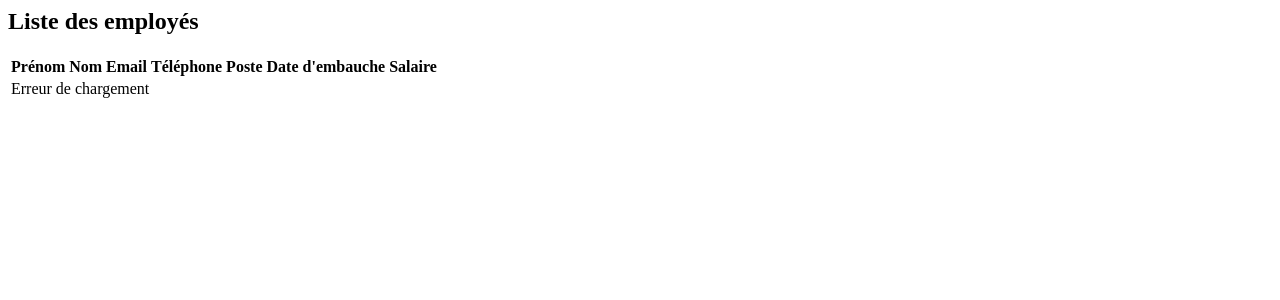
Repository: amosndayikeza-dev/Reviewa
Page: public/assets/html/manager/employees-content.html
These files come from the project's save history. The page is drawn as it stood at one moment and after the next save; the edit follows.
The browser window is 1280 px wide. The pictures show the whole page.

Above is the page before, as saved 2026-06-01 14:39:14.

After the next save:
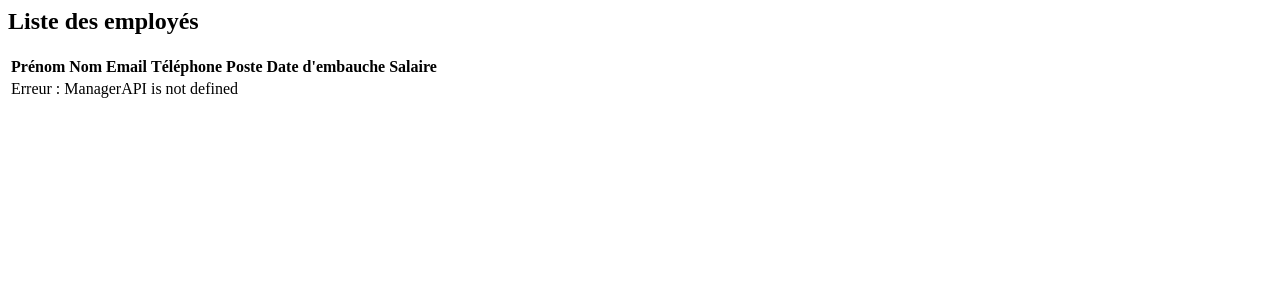
Saved 3 min 43 s later.
--- a/public/assets/html/manager/employees-content.html
+++ b/public/assets/html/manager/employees-content.html
@@ -14,18 +14,38 @@
                 </tr>
             </thead>
             <tbody id="employees-table-body">
-                <tr><td colspan="7" class="mgr-empty-hint">Chargement...</td></tr>
+                <tr><td colspan="7" class="mgr-empty-hint">Chargement…</td></tr>
             </tbody>
         </table>
     </div>
 </div>
+
 <script>
-async function loadEmployees() {
+(async function() {
+    // Helpers locaux (au cas où les globaux ne seraient pas définis)
+    const fmtMoney = (n) => (Number(n) || 0).toLocaleString('fr-FR') + ' FBU';
+    const fmtDate = (d) => {
+        if (!d) return '—';
+        const dt = new Date(d);
+        return isNaN(dt.getTime()) ? d : dt.toLocaleDateString('fr-FR');
+    };
+    const escapeHtml = (s) => {
+        if (!s) return '';
+        return String(s).replace(/[&<>]/g, function(m) {
+            if (m === '&') return '&amp;';
+            if (m === '<') return '&lt;';
+            if (m === '>') return '&gt;';
+            return m;
+        });
+    };
+
     const tbody = document.getElementById('employees-table-body');
     if (!tbody) return;
     tbody.innerHTML = '<tr><td colspan="7" class="mgr-empty-hint">Chargement…</td></tr>';
+
     try {
-        const res = await ManagerAPI.employees.list(); // Pas de filtre position
+        // Appel à l'API (retourne les employés du département)
+        const res = await ManagerAPI.employees.list();
         const list = res.data || [];
         if (!list.length) {
             tbody.innerHTML = '<tr><td colspan="7" class="mgr-empty-hint">Aucun employé trouvé</td></tr>';
@@ -43,9 +63,8 @@ async function loadEmployees() {
             </tr>
         `).join('');
     } catch (err) {
-        console.error(err);
-        tbody.innerHTML = '<tr><td colspan="7" class="mgr-empty-hint tft-clr-red">Erreur de chargement</td></tr>';
+        console.error('Erreur chargement employés:', err);
+        tbody.innerHTML = `<tr><td colspan="7" class="mgr-empty-hint tft-clr-red">Erreur : ${escapeHtml(err.message)}</td></tr>`;
     }
-}
-loadEmployees();
+})();
 </script>
